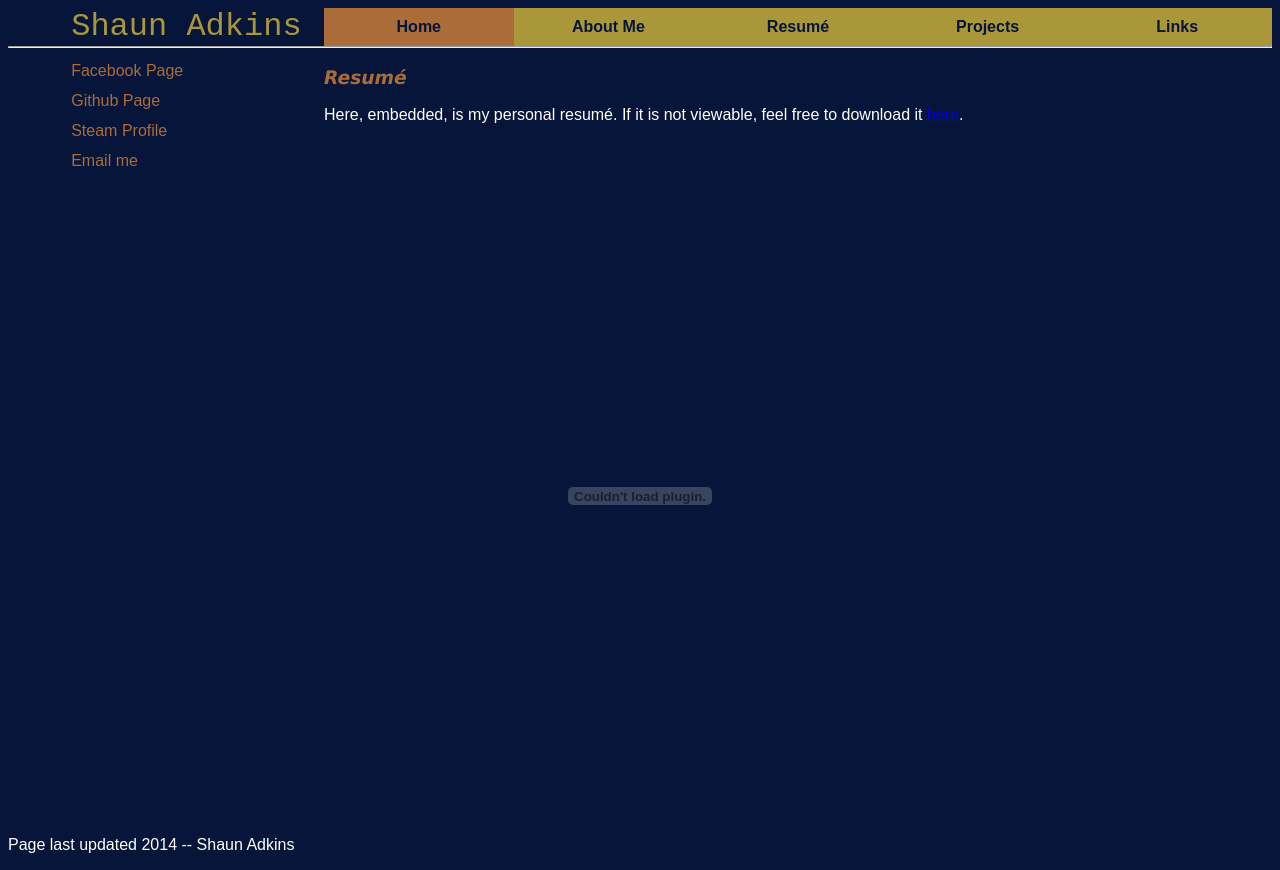
Repository: adkinsrs/sadkins_site
Page: html/resume.html
The author's editor kept a record of every edit. The page is drawn from the files as they stood at one moment, then again after the next edit.
The browser window is 1280 px wide. The pictures show the whole page.

Above is the page before.

### html/resume.html
<!DOCTYPE html>

<!--
Resume Page
-->
<html lang="en">
    <head>
        <meta charset="utf-8" />
        <meta name="viewport" content="width=device-width">
        <title>Resume</title>
        <link rel="stylesheet" href="../css/main.css" type="text/css"/>
    </head>

    <body>
        <nav>
            <a class="site_name" href="/">Shaun Adkins</a>
            <ul>
                <li class="navmenu"><a class="current" href="./home.html">Home</a></li>
                <li class="navmenu"><a class="otherpage" href="./about.html">About Me</a></li>
                <li class="navmenu"><a class="otherpage" href="./resume.html">Resum&#233;</a></li>
                <li class="navmenu"><a class="otherpage" href="./projects.html">Projects</a></li>                <li class="navmenu"><a class="otherpage" href="./links.html">Links</a></li>
            </ul>
        <nav>
        <hr>

        <aside>
            <ul>
                <li><a class="links" href="https://www.facebook.com/adkinsrs">Facebook Page</a></li>
                <li><a class="links" href="https://github.com/adkinsrs">Github Page</a></li>
                <li><a class="links" href="http://steamcommunity.com/id/MeNoSeeGood">Steam Profile</a></li>
                <li><a class="links" href="mailto:shaun.adkins@gmail.com?Subject=SAdkins%20Website">Email me</a></li>
            </ul>
        </aside>
            <h1>Resum&#233;</h1>

            <div id="text_container">
                <p>Here, embedded, is my personal resum&#233;.  If it is not viewable, feel free to download it <a class="general_link" href="../resume.pdf">here</a>.</p>
                <embed id="resume_file" width="100%" height="640" type="application/pdf" src="../resume.pdf">
            </div>

            <div id="footer">
                <p>Page last updated 2014 -- Shaun Adkins</>
            </div>
        </div>
    </body>
</html>

### css/main.css
body {
    background-color: #061539;
    color: #FFFFFF;
    font-family: Arial, Helvetica, sans-serif;
}

/* To support HTML5 elements in Internet Explorer 8 */
header, section, footer, aside, nav, main, article, figure {
    display: block;
}

h1, h3 {
    font-family:"Lucida Sans Unicode", "Lucida Grande", sans-serif;
    color: #AA6C39;
    font-style: italic;
}

nav {
    text-align: left;
}

ul {
    list-style-type: none;
    margin:0;
    padding: 0;
}

ol {
    padding-left: 20px;
}

img {
    width: 33%;
}

footer {
    width: 50%;
    margin-left: 25%;
    clear: both;
    text-align: left;
}

.navmenu {
    text-align: center;
	font-family: Arial, Helvetica, sans-serif;
    font-weight: bold;
}

/* <a> menu links */
.current, .otherpage {
    display: block;
    text-decoration: none;
    color: #061539;
}

.current, .current:visited {
    background-color: #AA6C39;
}

.otherpage, .otherpage:visited {
    background-color: #AA9739;
}

.current:hover,.otherpage:hover, .links:hover {
    color: #FFFFFF;
}

.links {
    text-decoration: none;
    color: #AA6C39;
}

.site_name {
    text-decoration: none;
    color: #AA9739;
    font-size: 2em;
    font-family: "Courier New", Courier, monospace;
}

.normal_list {
    list-style-type: disc;
    padding-left:10px;
}

/* tablet size screens */
@media screen and (max-width: 720px){
    .navmenu {
        width: 100%;
    }

    .site_name {
        display: block;
        width: 100%;
        text-align: center;
        clear: both;
        line-height: 30px;
    }

    aside {
        width: 100%;
        text-align: center;
        margin: auto;
        float: none;
    }

    section {
        margin-left: 16%;
        margin-right: 16%;
        width: 68%;
        text-align: justify;
    }

    footer {
        font-size: 0.5em;
    }

    h1 {
        text-align: center;
    }

    img {
        width: 66%;
        margin-left: auto;
        margin-right: auto;
        padding: 20px;
        display: block;
    }

}


/* large size screens */
@media screen and (min-width: 721px){

    aside {
        float: left;
        text-align: left;
        line-height: 30px;
        width: 20%;
        margin-left: 5%;
    }

    section {
        width: 50%;
        float: left;
        text-align: left;
    }

    footer {
        font-size: 0.75em;
    }

    .navmenu {
        float: left;
        width: 15%;
        clear: right;
    }

    /* <a> menu links */
    .current, .otherpage {
        padding: 10px;
    }

    .site_name {
        width: 20%;
        margin-left: 5%;
        float: left;
    }

    .img_left {
        float: left;
    }

    .img_right {
        float: right;
    }
}

After the next edit:
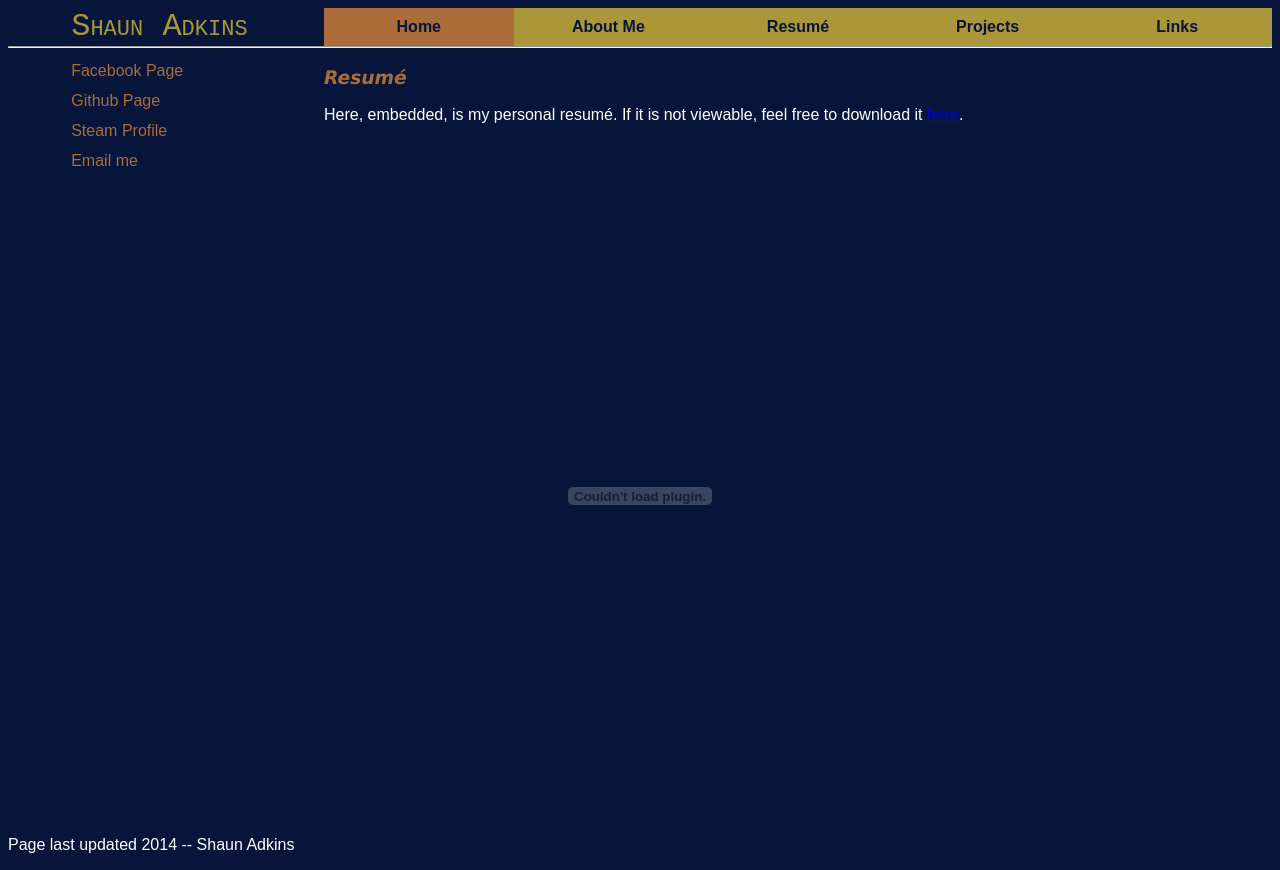
The edit:
--- a/css/main.css
+++ b/css/main.css
@@ -75,6 +75,7 @@
     color: #AA9739;
     font-size: 2em;
     font-family: "Courier New", Courier, monospace;
+    font-variant: small-caps;
 }
 
 .normal_list {
